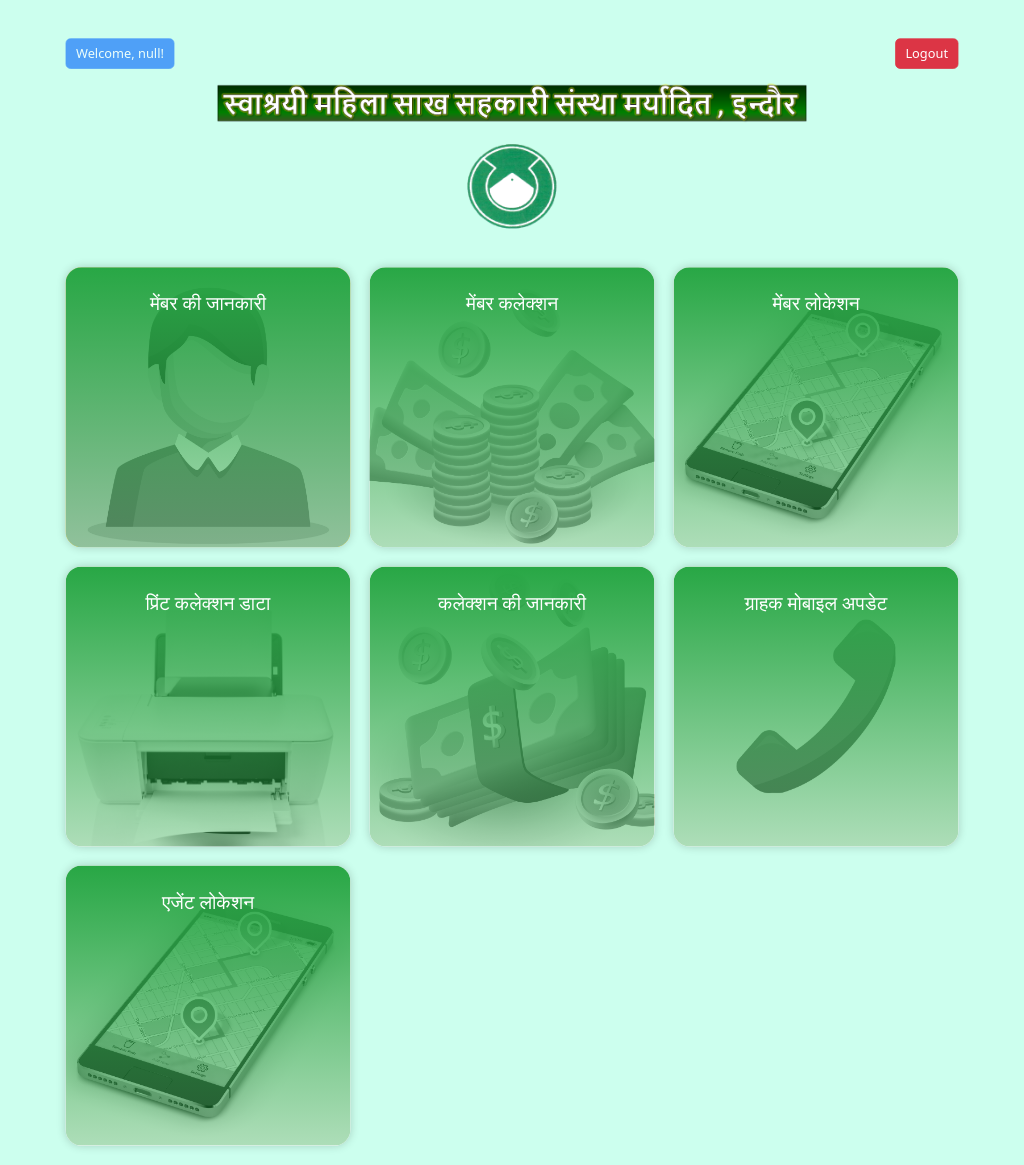
Repository: AbhiheckC/WebProjectSpringBoot
Page: http://localhost/Home
The author's editor kept a copy of each file at every save. The page is drawn from the files as they stood at one save, then again after the next save.
The browser window is 1280 px wide. The pictures show the whole page, at 80% of full size.
The page is this project's Thymeleaf template; nobody is signed in. The template is opened directly, without the code that normally fills it, so the values that code supplies are empty.

Above is the page before, as saved 2023-06-17 05:53:47.

After the next save:
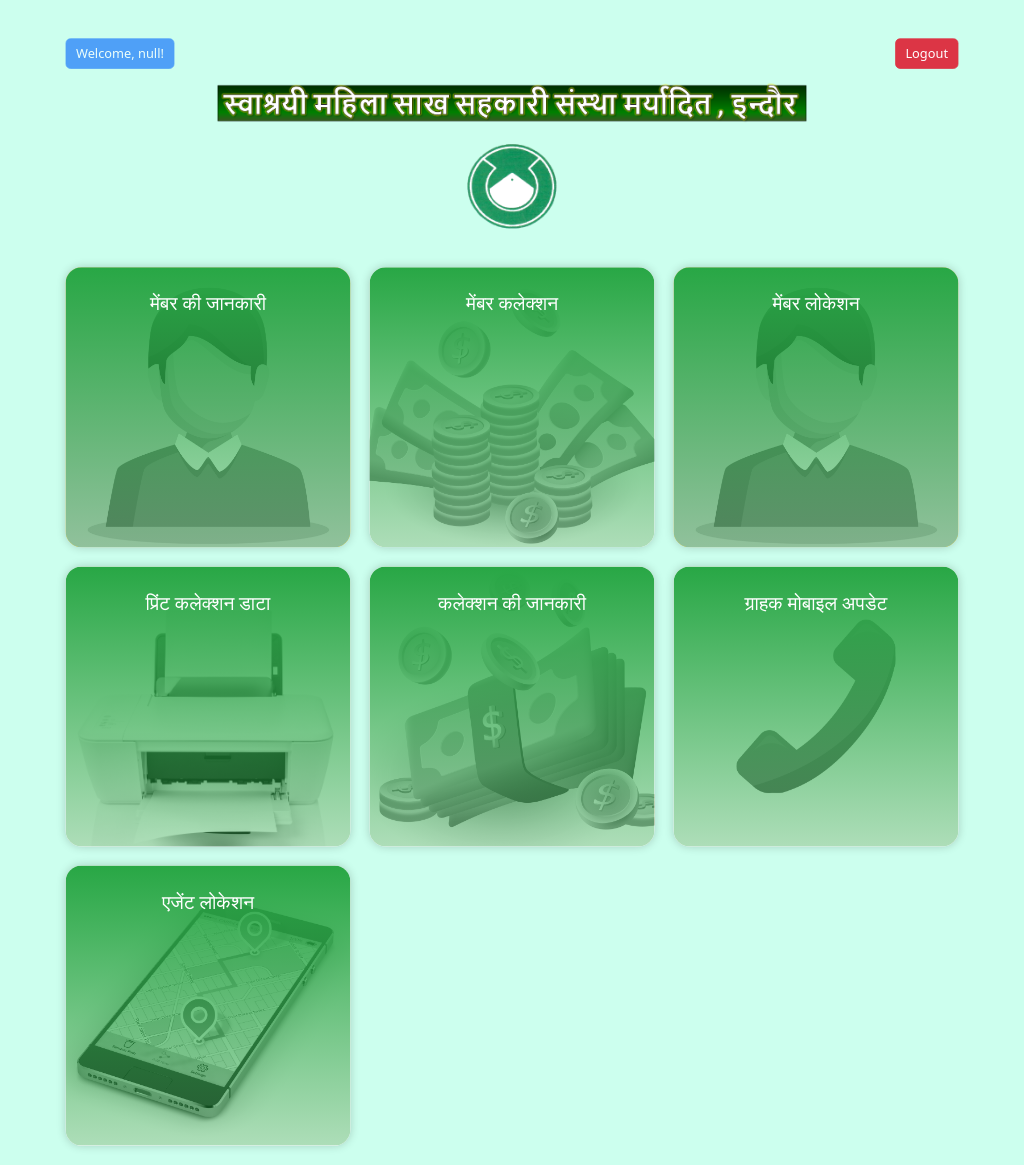
Saved 12 s later.
--- a/webproject/src/main/resources/templates/Home.html
+++ b/webproject/src/main/resources/templates/Home.html
@@ -55,8 +55,8 @@
 					<div class="col-sm-6 col-md-6 col-lg-4 mb-4">
 						<a href="/myapp/viewCustomer">
 						<div class="card text-white card-has-bg click-col"
-							style="background-image:url('images/location.jpg');">
-							<img class="card-img d-none" src="images/location.jpg"
+							style="background-image:url('images/customer.jpg');">
+							<img class="card-img d-none" src="images/customer.jpg"
 								alt="Goverment Lorem Ipsum Sit Amet Consectetur dipisi?">
 							<div class="card-img-overlay d-flex flex-column">
 								<div class="card-body">
